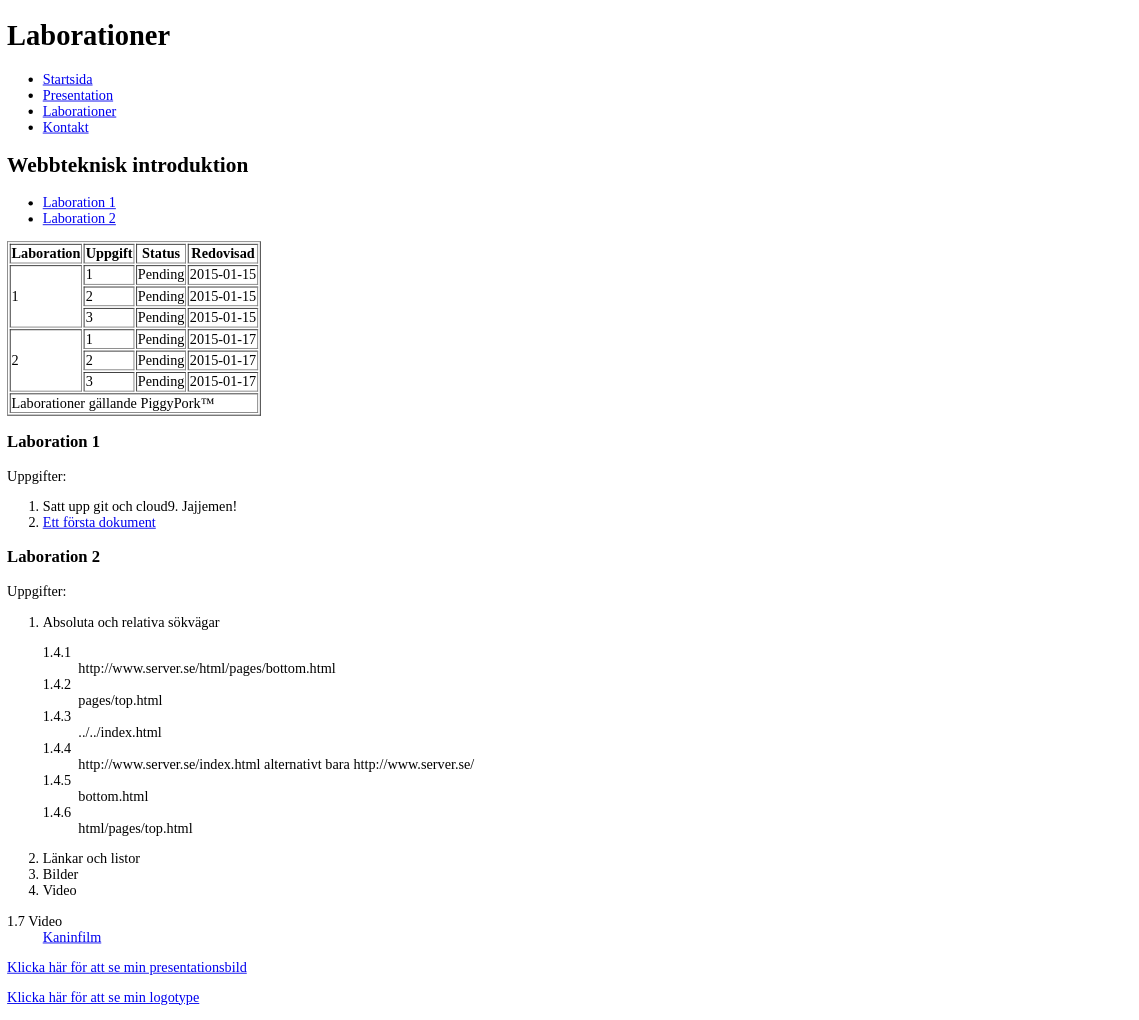
Repository: henriklideberg/labs
Page: pages/laborationer.html
The author's editor kept a record of every edit. The page is drawn from the files as they stood at one moment, then again after the next edit.
The browser window is 1280 px wide. The pictures show the whole page, at 89% of full size.

Above is the page before.

### pages/laborationer.html
<!doctype html>
<html lang="sv">
    <head>
        <meta charset="utf-8" />
        <title>Henrik | labirationer</title>
    </head>
    <body>
        <h1>Laborationer</h1>
        <ul>
            <li><a href="../index.html">Startsida</a></li>
            <li><a href="presentation.html">Presentation</a></li>
            <li><a href="laborationer.html">Laborationer</a></li>
            <li><a href="kontakt.html">Kontakt</a></li>
        </ul>

        <h2>Webbteknisk introduktion</h2>
        <ul>
            <li><a href="#lab1">Laboration 1</a></li>
            <li><a href="#lab2">Laboration 2</a></li>
        </ul>

        <table border="1">
            <thead>
                <tr>
                    <th>Laboration</th>
                    <th>Uppgift</th>
                    <th>Status</th>
                    <th>Redovisad</th>
                </tr>
            </thead>
            <tfoot>
                <tr>
                    <td colspan="4">Laborationer gällande PiggyPork™</td>
                </tr>
            </tfoot>
            <tbody>
                <tr>
                    <td rowspan="3">1</td>
                    <td>1</td>
                    <td>Pending</td>
                    <td>2015-01-15</td>
                </tr>
                <tr>
                    <td>2</td>
                    <td>Pending</td>
                    <td>2015-01-15</td>
                </tr>
                <tr>
                    <td>3</td>
                    <td>Pending</td>
                    <td>2015-01-15</td>
                </tr>
                <tr>
                    <td rowspan="6">2</td>
                    <td>1</td>
                    <td>Pending</td>
                    <td>2015-01-17</td>
                </tr>
                <tr>
                    <td>2</td>
                    <td>Pending</td>
                    <td>2015-01-17</td>
                </tr>
                <tr>
                    <td>3</td>
                    <td>Pending</td>
                    <td>2015-01-17</td>
                </tr>
            </tbody>
        </table>

        <h3 id="lab1">Laboration 1</h3>
        <p>Uppgifter:</p>
        <ol>
            <li>Satt upp git och cloud9. Jajjemen!</li>
            <li><a href="../index.html">Ett första dokument</a></li>
        </ol>

        <h3 id="lab2">Laboration 2</h3>
        <p>Uppgifter:</p>
        <ol>
            <li>Absoluta och relativa sökvägar
                <dl>
                    <dt>1.4.1</dt>
                    <dd>http://www.server.se/html/pages/bottom.html</dd>
                    <dt>1.4.2</dt>
                    <dd>pages/top.html</dd>
                    <dt>1.4.3</dt>
                    <dd>../../index.html</dd>
                    <dt>1.4.4</dt>
                    <dd>http://www.server.se/index.html alternativt bara http://www.server.se/</dd>
                    <dt>1.4.5</dt>
                    <dd>bottom.html</dd>
                    <dt>1.4.6</dt>
                    <dd>html/pages/top.html</dd>
                </dl>
            </li>
            <li>Länkar och listor</li>
            <li>Bilder</li>
            <li>Video</li>
        </ol>
        <dl>
            <dt>1.7 Video</dt>
            <dd><a href="../index.html#kaninfilm">Kaninfilm</a></dd>
        </dl>

        <p><a href="presentation.html#presentationsbild">Klicka här för att se min presentationsbild</a></p>
        <p><a href="../img/logo.png">Klicka här för att se min logotype</a></p>

    </body>
</html>

After the next edit:
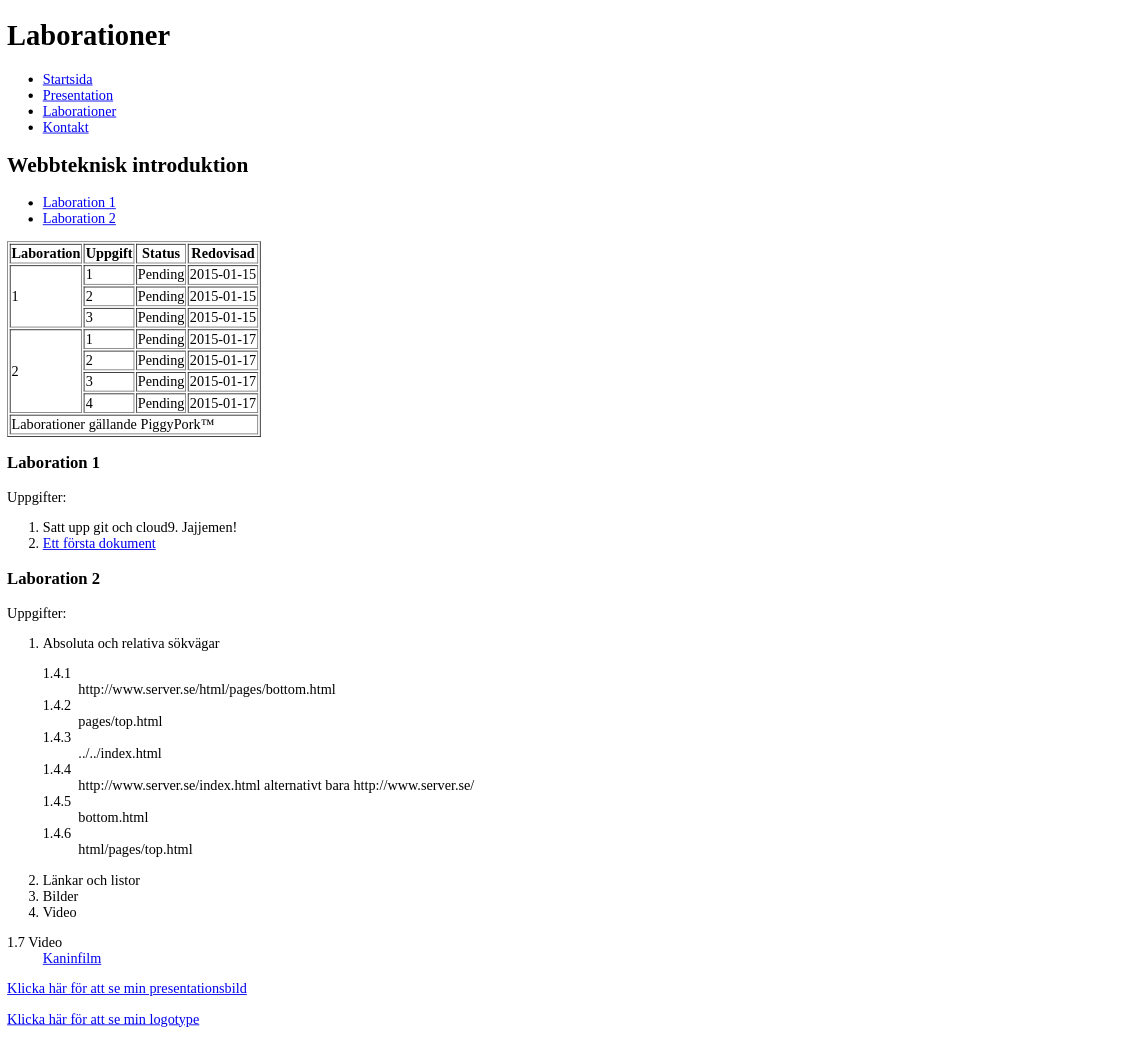
The edit:
--- a/pages/laborationer.html
+++ b/pages/laborationer.html
@@ -66,6 +66,11 @@
                     <td>Pending</td>
                     <td>2015-01-17</td>
                 </tr>
+                <tr>
+                    <td>4</td>
+                    <td>Pending</td>
+                    <td>2015-01-17</td>
+                </tr>
             </tbody>
         </table>
 
